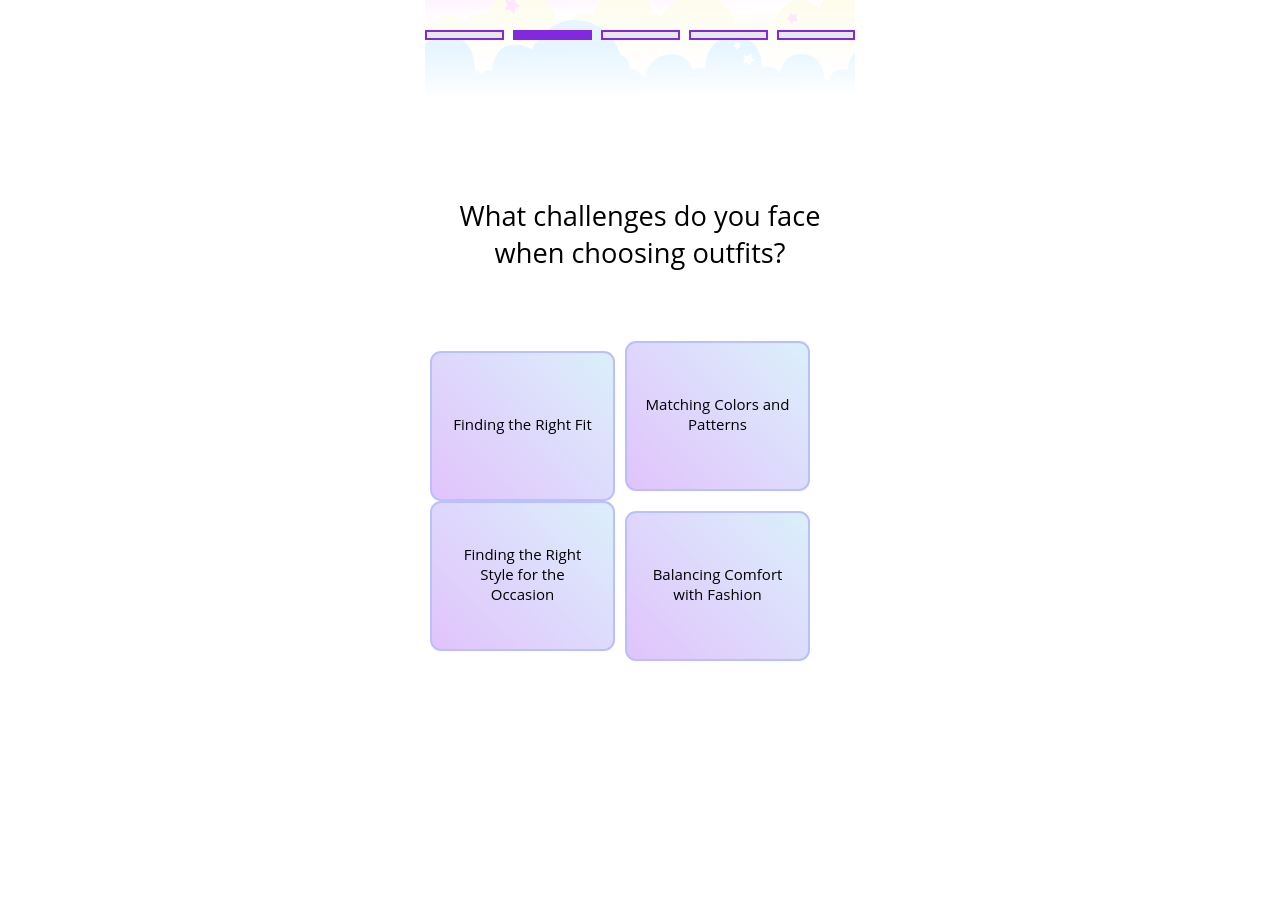
Repository: navnneett/clotho
Page: /QuestionTwo
An editor plug-in stored every save of this project. The page is shown before and after the next save, followed by the edit.
The browser window is 1280 px wide. The pictures show the whole page.
The project was rebuilt for these pictures with package versions that can differ from the ones it lists, and the page was loaded fresh each time. The framework's server and built-in components were replaced by stand-ins that run in the browser. Also part of the build but not shown: next.config.js, next.config.mjs, components/Button/Button.module.css, components/Button/index.js.

Above is the page before, as saved 2024-05-04 15:48:06.

After the next save:
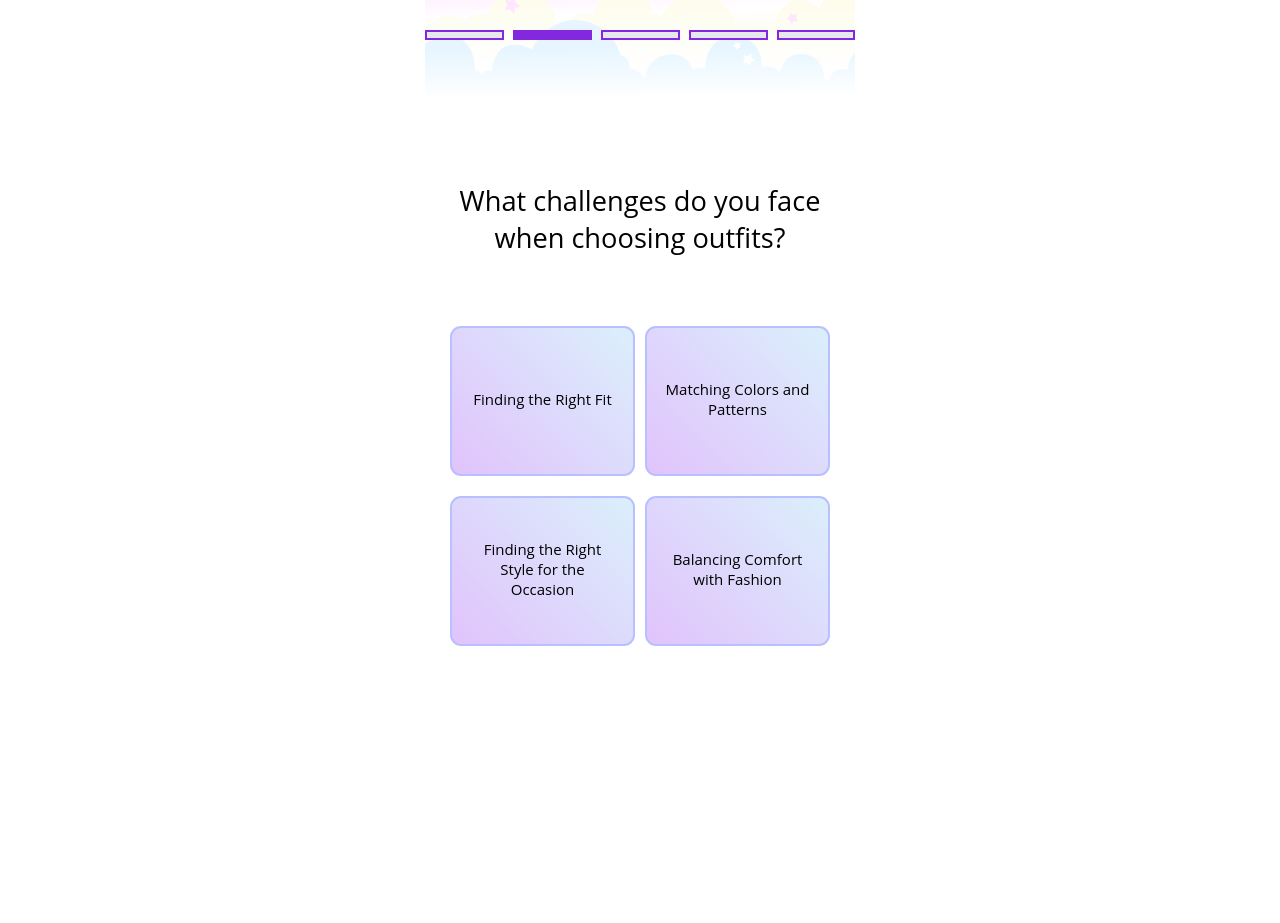
Saved 119 s later.
--- a/pages/QuestionTwo.js
+++ b/pages/QuestionTwo.js
@@ -29,7 +29,7 @@ export default function QuestionTwo({ onNextQuestion }) {
             <div className={styles.contentContainer}>
                 <p className={styles.openSansText}>What challenges do you face when choosing outfits?</p>
 
-                <div className={styles.optionRow}>
+                <div className={styles.optionRowOne}>
                     <ButtonTwo
                         onClick={() => handleAnswerSelection('A')}
                         title="Finding the Right Fit"
@@ -40,6 +40,8 @@ export default function QuestionTwo({ onNextQuestion }) {
                         title="Matching Colors and Patterns"
                         className={selectedAnswer === 'B' ? styles.selected : ''}
                     />
+                </div>
+                <div className={styles.optionRowTwo}>
                     <ButtonTwo
                         onClick={() => handleAnswerSelection('C')}
                         title="Finding the Right Style for the Occasion"
